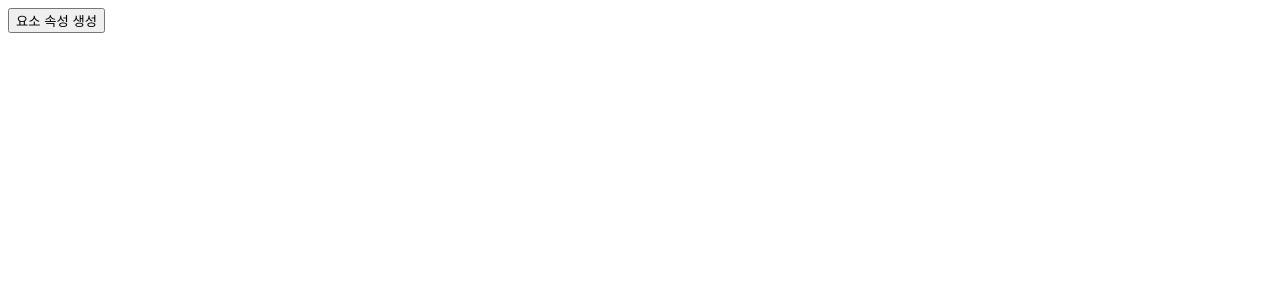
Repository: kimjoohye/study_WEB
Page: workspace/studyhtml5/WebContent/js/j09/h05.html
The author's editor kept a copy of each file at every save. The page is drawn from the files as they stood at one save, then again after the next save.
The browser window is 1280 px wide. The pictures show the whole page.

Above is the page before, as saved 2022-05-09 02:20:43.

### workspace/studyhtml5/WebContent/js/j09/h05.html
<!DOCTYPE html>
<html>
<head>
<meta name="viewport" content="width=device-width,initial-scale=1.0">
<meta charset="UTF-8">
<!--스타일 시트 -->
<style type="text/css">
  div {
    position: fixed;
    left: 100px;
    top: 10px;
    width: 200px;
    height: 200px;
    background: #718c00;
  }
</style>

<title>Insert title here</title>
<!--자바스크립트 코드 -->
<script type="text/javascript">
   function createAttribute(){
	   console.log(`createAttribute`);

	   let bt = document.getElementById('bt');

	   function popup() {
		   // console.log(`popup`);
		   let div = document.createElement('div');
		   let a = document.createElement('a');
		   let txt = document.createTextNode('PCWK Cafe');

		   // a > txt
		   // <a>PCWK Cafe</a>
		   a.appendChild(txt);

		   // href 추가
		   a.setAttribute('href', 'https://cafe.daum.net/pcwk');
		   a.setAttribute('target', '_blank');
		   a.setAttribute('title', '새탭');

		   // div > a
		   div.appendChild(a);

		   // body에 div추가
		   document.body.appendChild(div);

	   };

	   bt.onclick = popup;
   }

   addEventListener('load', createAttribute);

</script>
</head>
<body>
   <button id="bt">요소 속성 생성</button>

</body>
</html>

After the next save:
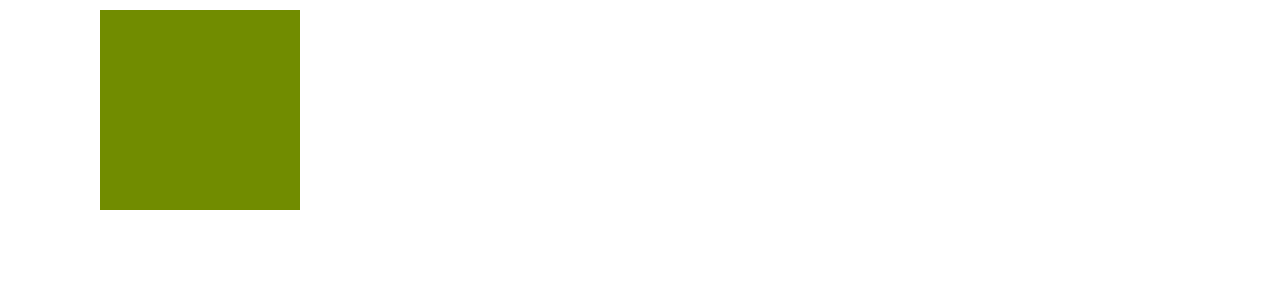
Console error: TypeError: Cannot set properties of null (setting 'onclick')
Saved 4 min 11 s later.
--- a/workspace/studyhtml5/WebContent/js/j09/h05.html
+++ b/workspace/studyhtml5/WebContent/js/j09/h05.html
@@ -54,7 +54,7 @@
 </script>
 </head>
 <body>
-   <button id="bt">요소 속성 생성</button>
+   <div id="content"></div>
 
 </body>
 </html>
